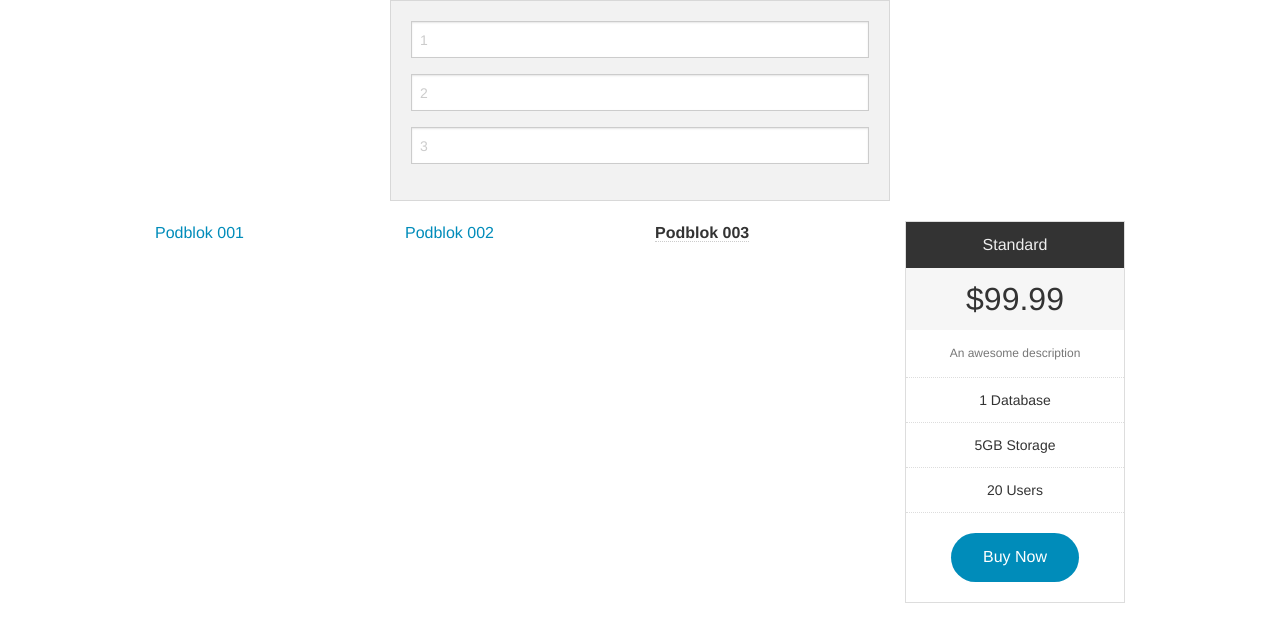
Repository: binczyk/RepoComarch
Page: strona/WebContent/foundation-5.5.2/exercise2.html
An editor plug-in stored every save of this project. The page is shown before and after the next save, followed by the edit.
The browser window is 1280 px wide. The pictures show the whole page.

Above is the page before, as saved 2015-07-14 08:01:52.

After the next save:
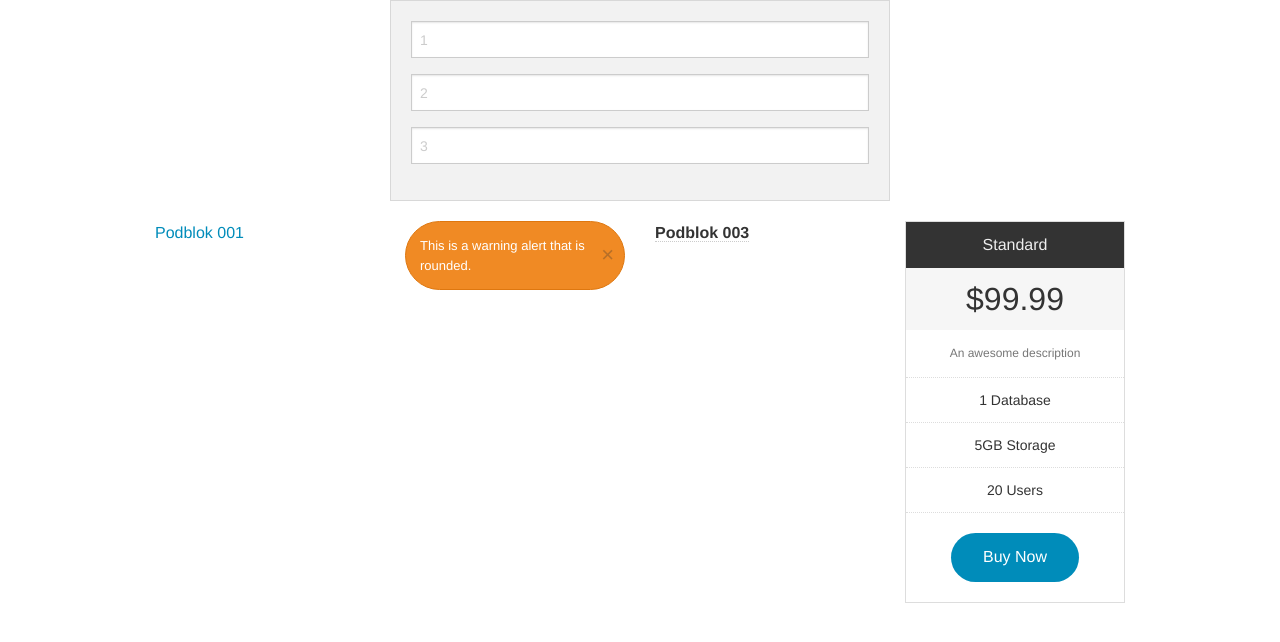
Saved 11 s later.
--- a/strona/WebContent/foundation-5.5.2/exercise2.html
+++ b/strona/WebContent/foundation-5.5.2/exercise2.html
@@ -25,7 +25,9 @@
 					<a href="#">Podblok 001</a>
 				</div>
 				<div class="small-6 columns">
-					<a href="#">Podblok 002</a>
+					<div data-alert class="alert-box warning round">
+						This is a warning alert that is rounded. <a href="#" class="close">&times;</a>
+					</div>
 				</div>
 			</div>
 		</div>
